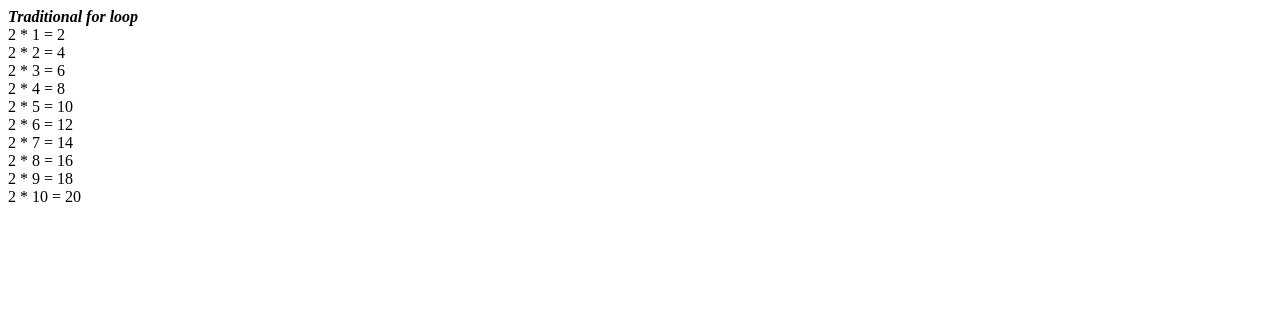
Repository: shaikrasool-java/Servlets
Page: http://localhost/JSTLCoreApp/ex9.jsp
An editor plug-in stored every save of this project. The page is shown before and after a run of saves, followed by the edit.
The browser window is 1280 px wide. The pictures show the whole page.
The page is served by Tomcat 9.

Above is the page before, as saved 2016-06-25 12:41:19.

After the next 2 saves:
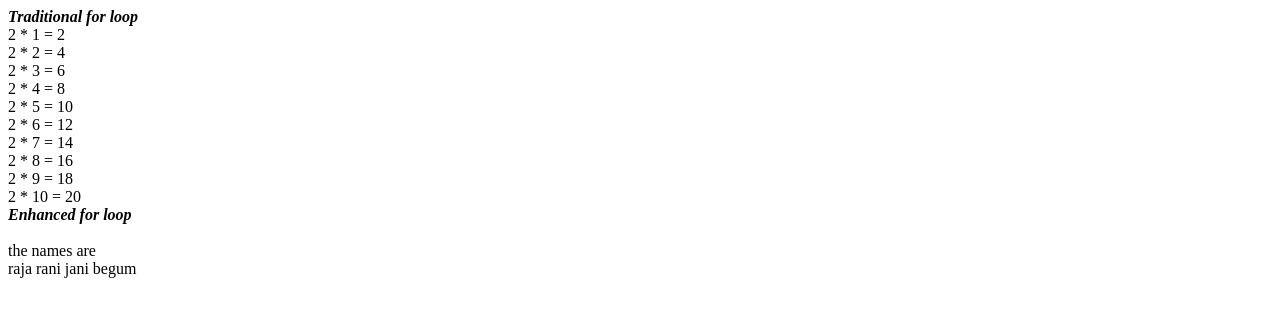
The 2 saves are shown as one change because 1 did not build or start.
The last was saved 6 min 8 s later.
--- a/Notes/NTAj53/JSTLCoreApp/WebContent/ex9.jsp
+++ b/Notes/NTAj53/JSTLCoreApp/WebContent/ex9.jsp
@@ -4,3 +4,12 @@
 <c:forEach var="i" begin="1" end="10" step="1">
   <c:out value="2  *  ${i} = ${2*i} "/> <br>
 </c:forEach>
+<b> <i> Enhanced for loop</i></b> <br>
+ <jsp:scriptlet>
+    String names[]={"raja","rani","jani","begum"};
+    request.setAttribute("studNames",names);
+ </jsp:scriptlet>
+  <br> the names are <br>
+  <c:forEach var="name"   items="${studNames}">
+     <c:out value="${name }"/>
+  </c:forEach>
